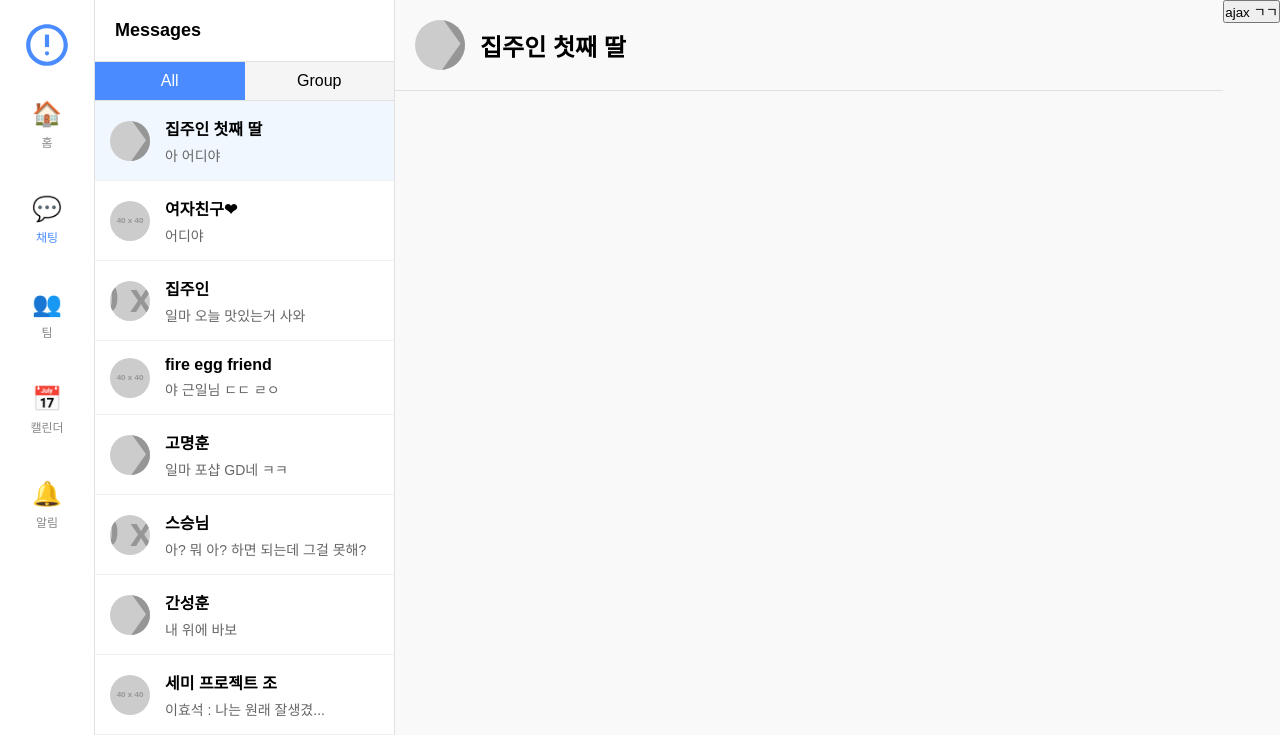
Repository: 1400CP/99_spring-test
Page: http://localhost/Test/
The author's editor kept a copy of each file at every save. The page is drawn from the files as they stood at one save, then again after the next save.
The browser window is 1280 px wide. The pictures show the whole page.
Pictures or frames that could not be fetched are drawn as grey boxes. The page is served by Tomcat 9. Other server files are loaded and not shown.

Above is the page before, as saved 2025-04-21 08:25:01.
Console error: SyntaxError: missing ) after argument list

### Test/src/main/webapp/index.jsp
<%@ page language="java" contentType="text/html; charset=UTF-8"
    pageEncoding="UTF-8"%>
<!DOCTYPE html>
<html>
<head>
<meta charset="UTF-8">
<title>Insert title here</title>
</head>
<body>
	<jsp:include page="final_drawer1 copy.jsp" />

	<form action="earth.bo">
		<button type=submit>ajax ㄱㄱ</button>
	</form>
	<script>
	$.ajax
		(
		url:earth.bo,
		success:function(result){
			console.log("result")
		},
		error:function(){
			console.log("ajax실패")
		}
		)

	</script>

</body>
</html>

### Test/src/main/webapp/final_drawer1 copy.jsp
<%@ page language="java" contentType="text/html; charset=UTF-8"
    pageEncoding="UTF-8"%>
<!DOCTYPE html>
<html lang="ko">
<head>
    <meta charset="UTF-8">
    <meta name="viewport" content="width=device-width, initial-scale=1.0">
    <title>메시지 갤러리</title>
    <style>
        * {
            margin: 0;
            padding: 0;
            box-sizing: border-box;
            font-family: 'Apple SD Gothic Neo', 'Noto Sans KR', sans-serif;
        }

        body {
            display: flex;
            background-color: #f9f9f9;
            min-height: 100vh;
        }

        /* 왼쪽 사이드바 */
        .sidebar {
            width: 95px;
            background-color: white;
            border-right: 1px solid #e1e1e1;
            display: flex;
            flex-direction: column;
            align-items: center;
            padding: 20px 0;
        }

        .sidebar-logo {
            width: 50px;
            height: 50px;
            margin-bottom: 20px;
        }

        .sidebar-menu {
            display: flex;
            flex-direction: column;
            align-items: center;
            gap: 25px;
            width: 100%;
        }

        .menu-item {
            display: flex;
            flex-direction: column;
            align-items: center;
            justify-content: center;
            width: 100%;
            padding: 10px 0;
            color: #888;
            font-size: 12px;
            text-decoration: none;
        }

        .menu-item.active {
            color: #4a8cff;
        }

        .menu-icon {
            font-size: 24px;
            margin-bottom: 5px;
        }

        /* 메시지 목록 사이드바 */
        .message-sidebar {
            width: 300px;
            background-color: white;
            border-right: 1px solid #e1e1e1;
            display: flex;
            flex-direction: column;
        }

        .message-header {
            padding: 20px;
            border-bottom: 1px solid #e1e1e1;
            font-size: 18px;
            font-weight: bold;
        }

        .message-tabs {
            display: flex;
            border-bottom: 1px solid #e1e1e1;
        }

        .tab {
            flex: 1;
            padding: 10px;
            text-align: center;
            background-color: #f5f5f5;
            cursor: pointer;
        }

        .tab.active {
            background-color: #4a8cff;
            color: white;
        }

        .message-list {
            overflow-y: auto;
            flex-grow: 1;
        }

        .message-item {
            padding: 15px;
            border-bottom: 1px solid #f1f1f1;
            display: flex;
            align-items: center;
            cursor: pointer;
        }

        .message-item:hover {
            background-color: #f9f9f9;
        }

        .message-item.active {
            background-color: #f0f7ff;
        }

        .profile-img {
            width: 40px;
            height: 40px;
            border-radius: 50%;
            margin-right: 15px;
            overflow: hidden;
        }

        .profile-img img {
            width: 100%;
            height: 100%;
            object-fit: cover;
        }

        .message-info {
            flex-grow: 1;
        }

        .message-name {
            font-weight: bold;
            margin-bottom: 5px;
        }

        .message-preview {
            color: #666;
            font-size: 14px;
            white-space: nowrap;
            overflow: hidden;
            text-overflow: ellipsis;
        }

        /* 메인 콘텐츠 영역 */
        .main-content {
            flex-grow: 1;
            display: flex;
            flex-direction: column;
            overflow: hidden;
        }

        .gallery-header {
            padding: 20px;
            border-bottom: 1px solid #e1e1e1;
            display: flex;
            align-items: center;
        }

        .gallery-profile {
            display: flex;
            align-items: center;
        }

        .gallery-profile-img {
            width: 50px;
            height: 50px;
            border-radius: 50%;
            margin-right: 15px;
            overflow: hidden;
        }

        .gallery-profile-img img {
            width: 100%;
            height: 100%;
            object-fit: cover;
        }

        .gallery-tabs {
            display: flex;
            margin-left: 20px;
            border-bottom: 1px solid #e1e1e1;
        }

        .gallery-tab {
            padding: 10px 20px;
            cursor: pointer;
            margin-right: 10px;
            position: relative;
        }

        .gallery-tab.active::after {
            content: '';
            position: absolute;
            bottom: -1px;
            left: 0;
            width: 100%;
            height: 2px;
            background-color: #4a8cff;
        }

        .gallery-count {
            margin-left: auto;
            color: #888;
        }

        .gallery-date {
            padding: 10px 20px;
            color: #666;
            font-size: 14px;
            border-bottom: 1px solid #e1e1e1;
        }

        .gallery-grid {
            display: grid;
            grid-template-columns: repeat(3, 1fr);
            gap: 20px;
            padding: 20px;
            overflow-y: auto;
        }

        .gallery-item {
            position: relative;
            aspect-ratio: 1 / 1;
            overflow: hidden;
            border-radius: 4px;
            box-shadow: 0 1px 3px rgba(0, 0, 0, 0.1);
        }

        .gallery-item img {
            width: 100%;
            height: 100%;
            object-fit: cover;
        }

        .file-info {
            position: absolute;
            bottom: 0;
            right: 0;
            background-color: white;
            padding: 10px;
            border-top-left-radius: 4px;
            font-size: 12px;
            border: 1px solid #e1e1e1;
        }

        .file-title {
            font-weight: bold;
            margin-bottom: 3px;
        }

        .file-size {
            color: #666;
        }
    </style>
</head>
<body>
    <!-- 왼쪽 사이드바 -->
    <div class="sidebar">
        <div class="sidebar-logo">
            <svg viewBox="0 0 24 24" fill="#4a8cff">
                <path d="M12,2C6.486,2,2,6.486,2,12s4.486,10,10,10s10-4.486,10-10S17.514,2,12,2z M12,20c-4.411,0-8-3.589-8-8s3.589-8,8-8 s8,3.589,8,8S16.411,20,12,20z"/>
                <path d="M13,7h-2v6h2V7z"/>
                <path d="M12,17L12,17c0.552,0,1-0.448,1-1v0c0-0.552-0.448-1-1-1h0c-0.552,0-1,0.448-1,1v0C11,16.552,11.448,17,12,17z"/>
            </svg>
        </div>
        <div class="sidebar-menu">
            <a href="#" class="menu-item">
                <div class="menu-icon">🏠</div>
                <div>홈</div>
            </a>
            <a href="#" class="menu-item active">
                <div class="menu-icon">💬</div>
                <div>채팅</div>
            </a>
            <a href="#" class="menu-item">
                <div class="menu-icon">👥</div>
                <div>팀</div>
            </a>
            <a href="#" class="menu-item">
                <div class="menu-icon">📅</div>
                <div>캘린더</div>
            </a>
            <a href="#" class="menu-item">
                <div class="menu-icon">🔔</div>
                <div>알림</div>
            </a>
        </div>
    </div>

    <!-- 메시지 목록 사이드바 -->
    <div class="message-sidebar">
        <div class="message-header">Messages</div>
        <div class="message-tabs">
            <div class="tab active">All</div>
            <div class="tab">Group</div>
        </div>
        <div class="message-list">
            <div class="message-item active">
                <div class="profile-img">
                    <img src="https://via.placeholder.com/40/4a8cff/ffffff?text=팀" alt="프로필">
                </div>
                <div class="message-info">
                    <div class="message-name">집주인 첫째 딸</div>
                    <div class="message-preview">아 어디야</div>
                </div>
            </div>
            <div class="message-item">
                <div class="profile-img">
                    <img src="https://via.placeholder.com/40/ff4a8c/ffffff?text=여" alt="프로필">
                </div>
                <div class="message-info">
                    <div class="message-name">여자친구❤</div>
                    <div class="message-preview">어디야</div>
                </div>
            </div>
            <div class="message-item">
                <div class="profile-img">
                    <img src="https://via.placeholder.com/40/8cff4a/000000?text=집" alt="프로필">
                </div>
                <div class="message-info">
                    <div class="message-name">집주인</div>
                    <div class="message-preview">일마 오늘 맛있는거 사와</div>
                </div>
            </div>
            <div class="message-item">
                <div class="profile-img">
                    <img src="https://via.placeholder.com/40/ff8c4a/ffffff?text=F" alt="프로필">
                </div>
                <div class="message-info">
                    <div class="message-name">fire egg friend</div>
                    <div class="message-preview">야 근일님 ㄷㄷ ㄹㅇ</div>
                </div>
            </div>
            <div class="message-item">
                <div class="profile-img">
                    <img src="https://via.placeholder.com/40/4aff8c/000000?text=GD" alt="프로필">
                </div>
                <div class="message-info">
                    <div class="message-name">고명훈</div>
                    <div class="message-preview">일마 포샵 GD네 ㅋㅋ</div>
                </div>
            </div>
            <div class="message-item">
                <div class="profile-img">
                    <img src="https://via.placeholder.com/40/8c4aff/ffffff?text=AI" alt="프로필">
                </div>
                <div class="message-info">
                    <div class="message-name">스승님</div>
                    <div class="message-preview">아? 뭐 아? 하면 되는데 그걸 못해?</div>
                </div>
            </div>
            <div class="message-item">
                <div class="profile-img">
                    <img src="https://via.placeholder.com/40/4a8cff/ffffff?text=간" alt="프로필">
                </div>
                <div class="message-info">
                    <div class="message-name">간성훈</div>
                    <div class="message-preview">내 위에 바보</div>
                </div>
            </div>
            <div class="message-item">
                <div class="profile-img">
                    <img src="https://via.placeholder.com/40/ffd700/000000?text=새" alt="프로필">
                </div>
                <div class="message-info">
                    <div class="message-name">세미 프로젝트 조</div>
                    <div class="message-preview">이효석 : 나는 원래 잘생겼...</div>
                </div>
            </div>
        </div>
    </div>

    <!-- 메인 콘텐츠 -->
    <div class="main-content">
        <div class="gallery-header">
            <div class="gallery-profile">
                <div class="gallery-profile-img">
                    <img src="https://via.placeholder.com/50/4a8cff/ffffff?text=팀" alt="프로필">
                </div>
                <h2>집주인 첫째 딸</h2>
            </div>
        </div>


    </div>

    <script>
        document.addEventListener('DOMContentLoaded', function() {
            // 탭 전환 기능
            const tabs = document.querySelectorAll('.tab');
            tabs.forEach(tab => {
                tab.addEventListener('click', function() {
                    tabs.forEach(t => t.classList.remove('active'));
                    this.classList.add('active');
                });
            });

            const galleryTabs = document.querySelectorAll('.gallery-tab');
            galleryTabs.forEach(tab => {
                tab.addEventListener('click', function() {
                    galleryTabs.forEach(t => t.classList.remove('active'));
                    this.classList.add('active');
                });
            });

            // 메시지 항목 클릭 이벤트
            const messageItems = document.querySelectorAll('.message-item');
            messageItems.forEach(item => {
                item.addEventListener('click', function() {
                    messageItems.forEach(i => i.classList.remove('active'));
                    this.classList.add('active');

                    // 여기에 메시지 선택 시 갤러리 로드 기능을 추가할 수 있습니다
                    const name = this.querySelector('.message-name').textContent;
                    document.querySelector('.gallery-profile h2').textContent = name;
                });
            });

            // 이미지 로드 오류 처리
            const images = document.querySelectorAll('img');
            images.forEach(img => {
                img.addEventListener('error', function() {
                    this.src = 'https://via.placeholder.com/300/eeeeee/888888?text=Image+Error';
                });
            });
        });
    </script>
</body>
</html>

### Test/src/main/webapp/final_detail_profile(edit).jsp
<%@ page language="java" contentType="text/html; charset=UTF-8"
    pageEncoding="UTF-8"%>
<!DOCTYPE html>
<html lang="ko">
<head>
    <meta charset="UTF-8">
    <meta name="viewport" content="width=device-width, initial-scale=1.0">
    <title>프로필 편집</title>
    <style>
        * {
            margin: 0;
            padding: 0;
            box-sizing: border-box;
            font-family: 'Noto Sans KR', sans-serif;
        }

        body {
            background-color: #f5f5f5;
        }

        .container {
            max-width: 600px;
            margin: 0 auto;
            overflow: hidden;
        }

        .profile-header {
            background-color: #86e0f9;
            height: 150px;
            position: relative;
        }

        .profile-content {
            background-color: #9f9fd6;
            padding: 70px 20px 20px;
        }

        .profile-image {
            width: 100px;
            height: 100px;
            border-radius: 50%;
            position: absolute;
            left: 50%;
            top: 100px;
            transform: translateX(-50%);
            border: 3px solid white;
            overflow: hidden;
        }

        .profile-image img {
            width: 100%;
            height: 100%;
            object-fit: cover;
        }

        .profile-name {
            text-align: center;
            color: white;
            font-size: 24px;
            margin-top: 10px;
            margin-bottom: 20px;
        }

        .edit-form {
            background-color: white;
            border-radius: 10px;
            padding: 20px;
            margin-bottom: 20px;
        }

        .form-title {
            display: flex;
            align-items: center;
            margin-bottom: 20px;
            color: #333;
        }

        .form-title svg {
            margin-right: 10px;
        }

        .form-group {
            margin-bottom: 15px;
        }

        .form-group label {
            display: block;
            margin-bottom: 5px;
            color: #666;
        }

        .form-control {
            width: 100%;
            padding: 10px;
            border: 1px solid #ddd;
            border-radius: 5px;
            font-size: 14px;
        }

        .form-row {
            display: flex;
            gap: 10px;
        }

        .form-row .form-group {
            flex: 1;
        }

        .button-group {
            display: flex;
            gap: 10px;
            justify-content: flex-end;
        }

        .btn {
            padding: 10px 20px;
            border: none;
            border-radius: 5px;
            cursor: pointer;
            font-size: 14px;
        }

        .btn-primary {
            background-color: #02c8fa;
            color: white;
        }

        .btn-cancel {
            background-color: white;
            color: #333;
            border: 1px solid #ddd;
        }
    </style>
</head>
<body>
    <div class="container">
        <div class="profile-header"></div>
        <div class="profile-content">
            <div class="profile-image">
                <img src="/api/placeholder/100/100" alt="프로필 이미지">
            </div>
            <h1 class="profile-name">이름을차디</h1>

            <div class="edit-form">
                <div class="form-title">
                    <svg width="20" height="20" viewBox="0 0 24 24" fill="none" xmlns="http://www.w3.org/2000/svg">
                        <path d="M3 17.25V21h3.75L17.81 9.94l-3.75-3.75L3 17.25zM20.71 7.04c.39-.39.39-1.02 0-1.41l-2.34-2.34c-.39-.39-1.02-.39-1.41 0l-1.83 1.83 3.75 3.75 1.83-1.83z" fill="#333"/>
                    </svg>
                    <h2>프로필 편집</h2>
                </div>

                <div class="form-group">
                    <label>이름</label>
                    <input type="text" class="form-control" placeholder="진술" id="name">
                </div>

                <div class="form-row">
                    <div class="form-group">
                        <label>연락처</label>
                        <input type="text" class="form-control" placeholder="진술" id="contact">
                    </div>
                    <div class="form-group">
                        <label>이메일</label>
                        <input type="email" class="form-control" placeholder="진술" id="email">
                    </div>
                </div>

                <div class="form-group">
                    <label>비밀번호</label>
                    <input type="password" class="form-control" placeholder="진술" id="password">
                </div>

                <div class="form-group">
                    <label>비밀번호 확인</label>
                    <input type="password" class="form-control" placeholder="진술" id="passwordConfirm">
                </div>

                <div class="form-group">
                    <label>상태메시지</label>
                    <input type="text" class="form-control" placeholder="진술" id="status">
                </div>

                <div class="button-group">
                    <button type="button" class="btn btn-primary" id="saveBtn">수정</button>
                    <button type="button" class="btn btn-cancel" id="cancelBtn">취소</button>
                </div>
            </div>
        </div>
    </div>

    <script>
        document.addEventListener('DOMContentLoaded', function() {
            // DOM 요소 가져오기
            const saveBtn = document.getElementById('saveBtn');
            const cancelBtn = document.getElementById('cancelBtn');
            const nameInput = document.getElementById('name');
            const contactInput = document.getElementById('contact');
            const emailInput = document.getElementById('email');
            const passwordInput = document.getElementById('password');
            const passwordConfirmInput = document.getElementById('passwordConfirm');
            const statusInput = document.getElementById('status');

            // 프로필 데이터 로드 (예시)
            function loadProfileData() {
                // 실제 구현에서는 AJAX 요청을 통해 서버에서 데이터를 가져옵니다.
                const userData = {
                    name: '이름을차디',
                    contact: '010-1234-5678',
                    email: 'example@email.com',
                    status: '안녕하세요!'
                };

                // 폼에 데이터 설정
                nameInput.value = userData.name;
                contactInput.value = userData.contact;
                emailInput.value = userData.email;
                statusInput.value = userData.status;
            }

            // 초기 데이터 로드
            loadProfileData();

            // 저장 버튼 클릭 이벤트
            saveBtn.addEventListener('click', function() {
                if (validateForm()) {
                    saveProfileData();
                }
            });

            // 취소 버튼 클릭 이벤트
            cancelBtn.addEventListener('click', function() {
                if (confirm('변경사항을 취소하시겠습니까?')) {
                    window.history.back();
                }
            });

            // 폼 유효성 검사
            function validateForm() {
                // 이름 검사
                if (nameInput.value.trim() === '') {
                    alert('이름을 입력해주세요.');
                    nameInput.focus();
                    return false;
                }

                // 이메일 형식 검사
                const emailRegex = /^[^\s@]+@[^\s@]+\.[^\s@]+$/;
                if (emailInput.value.trim() !== '' && !emailRegex.test(emailInput.value)) {
                    alert('유효한 이메일 주소를 입력해주세요.');
                    emailInput.focus();
                    return false;
                }

                // 비밀번호 일치 검사
                if (passwordInput.value !== '' && passwordInput.value !== passwordConfirmInput.value) {
                    alert('비밀번호와 비밀번호 확인이 일치하지 않습니다.');
                    passwordConfirmInput.focus();
                    return false;
                }

                return true;
            }

            // 프로필 데이터 저장
            function saveProfileData() {
                // 저장할 데이터 객체 생성
                const profileData = {
                    name: nameInput.value.trim(),
                    contact: contactInput.value.trim(),
                    email: emailInput.value.trim(),
                    password: passwordInput.value,
                    status: statusInput.value.trim()
                };

                // 실제 구현에서는 AJAX를 사용하여 서버에 데이터를 전송합니다.
                console.log('저장할 프로필 데이터:', profileData);

                // 성공적으로 저장되었다고 가정
                alert('프로필이 성공적으로 수정되었습니다.');

                // 프로필 페이지로 이동 (JSP 환경에 따라 경로 조정 필요)
                // window.location.href = 'profile.jsp';
            }
        });
    </script>
</body>
</html>

After the next save:
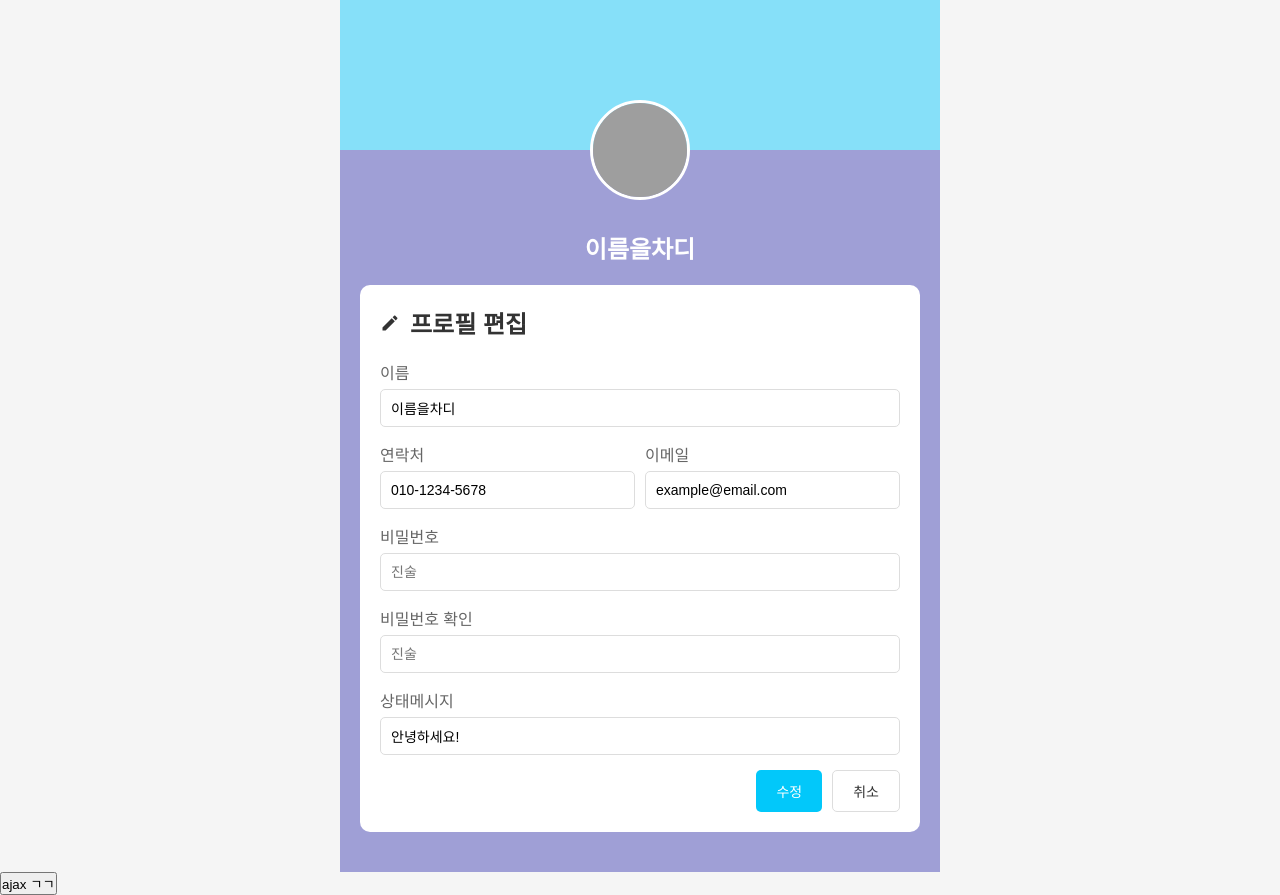
Saved 31 s later.
--- a/Test/src/main/webapp/index.jsp
+++ b/Test/src/main/webapp/index.jsp
@@ -7,7 +7,7 @@
 <title>Insert title here</title>
 </head>
 <body>
-	<jsp:include page="final_drawer1 copy.jsp" />
+	<jsp:include page="final_detail_profile(edit).jsp" />
 
 	<form action="earth.bo">
 		<button type=submit>ajax ㄱㄱ</button>
